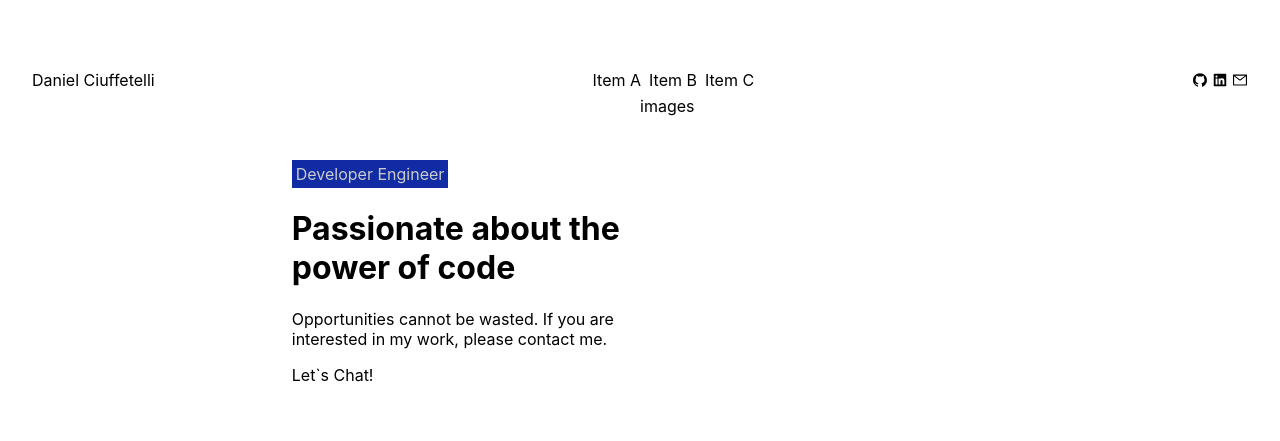
Repository: ciuffetelli/portfolio
Page: /
An editor plug-in stored every save of this project. The page is shown before and after the next save, followed by the edit.
The browser window is 1280 px wide. The pictures show the whole page.
The project was rebuilt for these pictures with package versions that can differ from the ones it lists, and the page was loaded fresh each time. The framework's server and built-in components were replaced by stand-ins that run in the browser. Also part of the build but not shown: next.config.js.

Above is the page before, as saved 2022-12-04 15:39:26.

### pages/_document.tsx
import { Html, Head, Main, NextScript } from 'next/document'

export default function Document() {
    return (
        <Html lang="en">
            <Head>
                <title>Daniel Ciuffetelli - Front-end Engineer</title>
                <meta name="description" content="Daniel Ciuffetelli's personal portfolio, front-end engineer. Page developed in Next.js" />
                <link rel="icon" href="/img/logo.svg" />
            </Head>
                <body className='bg-white text-slate-900 dark:bg-slate-900 dark:text-white ease-in-out duration-300'>
                    <Main />
                    <NextScript />
                </body>
        </Html>
    )
}

### pages/index.tsx
import Head from 'next/head'
import Image from 'next/image'
import styles from '../styles/Home.module.css'
import styled from 'styled-components'

import { Nav } from '../Components/Nav'
import { Hero } from '../Components/Hero'

export default function Home() {
  return (
    <Container>

        <Head>
          <title>Daniel Ciuffetelli - Developer Engineer</title>
          <meta name="description" content="Generated by create next app" />
          <link rel="icon" href="/favicon.ico" />
        </Head>

        <Main>
          <Nav />

          <Hero />
        </Main>

    </Container>
    // <div className={styles.container}>


    //   <main className={styles.main}>
    //     <Nav />

    //     <Hero />
    //     {/* <h1 className={styles.title}>
    //       Welcome to <a href="https://nextjs.org">Next.js!</a>
    //     </h1>

    //     <p className={styles.description}>
    //       Get started by editing{' '}
    //       <code className={styles.code}>pages/index.tsx</code>
    //     </p>

    //     <div className={styles.grid}>
    //       <a href="https://nextjs.org/docs" className={styles.card}>
    //         <h2>Documentation &rarr;</h2>
    //         <p>Find in-depth information about Next.js features and API.</p>
    //       </a>

    //       <a href="https://nextjs.org/learn" className={styles.card}>
    //         <h2>Learn &rarr;</h2>
    //         <p>Learn about Next.js in an interactive course with quizzes!</p>
    //       </a>

    //       <a
    //         href="https://github.com/vercel/next.js/tree/canary/examples"
    //         className={styles.card}
    //       >
    //         <h2>Examples &rarr;</h2>
    //         <p>Discover and deploy boilerplate example Next.js projects.</p>
    //       </a>

    //       <a
    //         href="https://vercel.com/new?utm_source=create-next-app&utm_medium=default-template&utm_campaign=create-next-app"
    //         target="_blank"
    //         rel="noopener noreferrer"
    //         className={styles.card}
    //       >
    //         <h2>Deploy &rarr;</h2>
    //         <p>
    //           Instantly deploy your Next.js site to a public URL with Vercel.
    //         </p>
    //       </a>
    //     </div> */}
    //   </main>

    //   <footer className={styles.footer}>
    //     <a
    //       href="https://vercel.com?utm_source=create-next-app&utm_medium=default-template&utm_campaign=create-next-app"
    //       target="_blank"
    //       rel="noopener noreferrer"
    //     >
    //       Powered by{' '}
    //       <span className={styles.logo}>
    //         <Image src="/vercel.svg" alt="Vercel Logo" width={72} height={16} />
    //       </span>
    //     </a>
    //   </footer>
    //   <a href='https://elements.envato.com/ds-developer-portfolio-psd-template-9FZDH4D'>Reference</a>
    // </div>
  )
}

const Container = styled.div`
  padding: 0 2rem;
`

const Main = styled.main`
  min-height: 100vh;
  padding: 4rem 0;
  flex: 1;
  display: flex;
  flex-direction: column;
  justify-content: center;
  align-items: center;
`

### Components/Nav.tsx
import styled from 'styled-components'

import { AiFillGithub, AiFillLinkedin, AiOutlineMail } from 'react-icons/ai'

export function Nav() {

    return (
        <Container>
            <Name>Daniel Ciuffetelli</Name>
            <Items>
                <MenuItem>Item A</MenuItem>
                <MenuItem>Item B</MenuItem>
                <MenuItem>Item C</MenuItem>
            </Items>
            <Icons>
                <Social>
                    <AiFillGithub />
                    <AiFillLinkedin />
                </Social>
                <AiOutlineMail />
            </Icons>
        </Container>
    )
}

const Container = styled.div`
    display: inline-flex;
    width: 100%;
    height: 2rem;
    justify-content: space-around;
    align-items: center;
`

const Name = styled.div`
    display: none;

    @media (min-width: 500px) {
        display: flex;
    }
`

const Items = styled.div`
    display: inline-flex;
    flex: 1;
    gap: 0.5rem;
    justify-content: center;
`

const MenuItem = styled.div``

const Icons = styled.div`
    display: inline-flex;
    gap: 0.25rem;
`
const Social = styled.div`
    display: none;
    gap: 0.25rem;

    @media (min-width: 500px) {
        display: inline-flex;
    }
`

### Components/Hero.tsx
import styled from 'styled-components'

export function Hero() {
    return (
        <Container>
            <LeftSide>
                <Title>Developer Engineer</Title>
                <H1>Passionate about the power of code</H1>
                <Text>Opportunities cannot be wasted. If you are interested in my work, please contact me.</Text>
                <Link>Let`s Chat!</Link>
            </LeftSide>
            <RightSide>
images
            </RightSide>
        </Container>
    )
}

const Container = styled.div`
    display: inline-flex;
    margin-bottom: auto;
`

const LeftSide = styled.div`
    padding-top: 2rem;

    @media (min-width: 500px) {
        max-width: 50%;
        padding-top: 4rem;
    }
`

const Title = styled.div`
    width: max-content;
    padding: 0.25rem;
    color: #ccc;
    background-color: #102ba3;
`

const H1 = styled.h1``

const Text = styled.p``

const Link = styled.a``

const RightSide = styled.div`
    display: none;

    @media (min-width: 500px) {
        display: flex;
    }
`

Loaded but not shown: pages/_app.tsx (common file); styles/globals.css (common file)

After the next save:
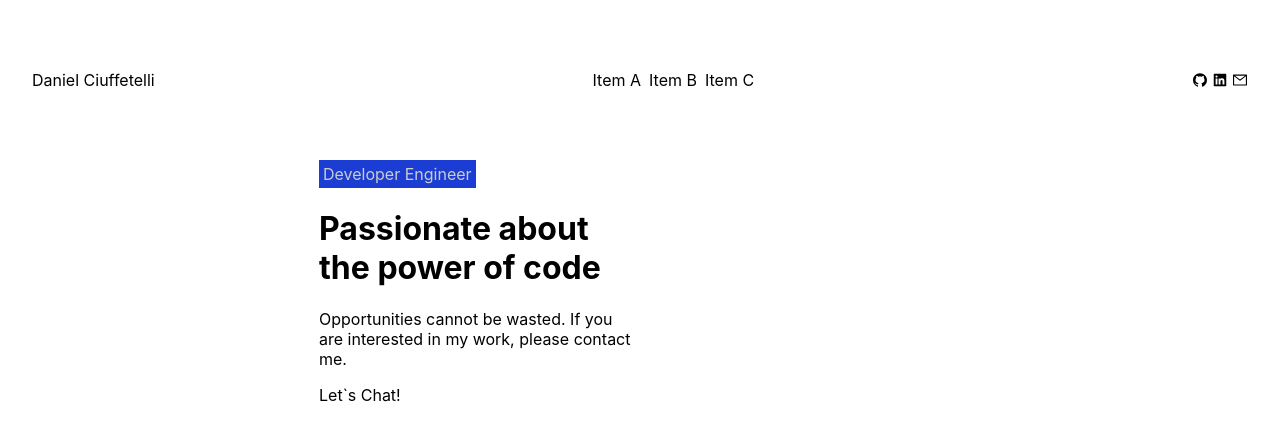
Saved 7 min 1 s later.
--- a/Components/Hero.tsx
+++ b/Components/Hero.tsx
@@ -10,7 +10,7 @@
                 <Link>Let`s Chat!</Link>
             </LeftSide>
             <RightSide>
-images
+
             </RightSide>
         </Container>
     )
@@ -34,7 +34,7 @@
     width: max-content;
     padding: 0.25rem;
     color: #ccc;
-    background-color: #102ba3;
+    background-color: #1b3dd3;
 `
 
 const H1 = styled.h1``
